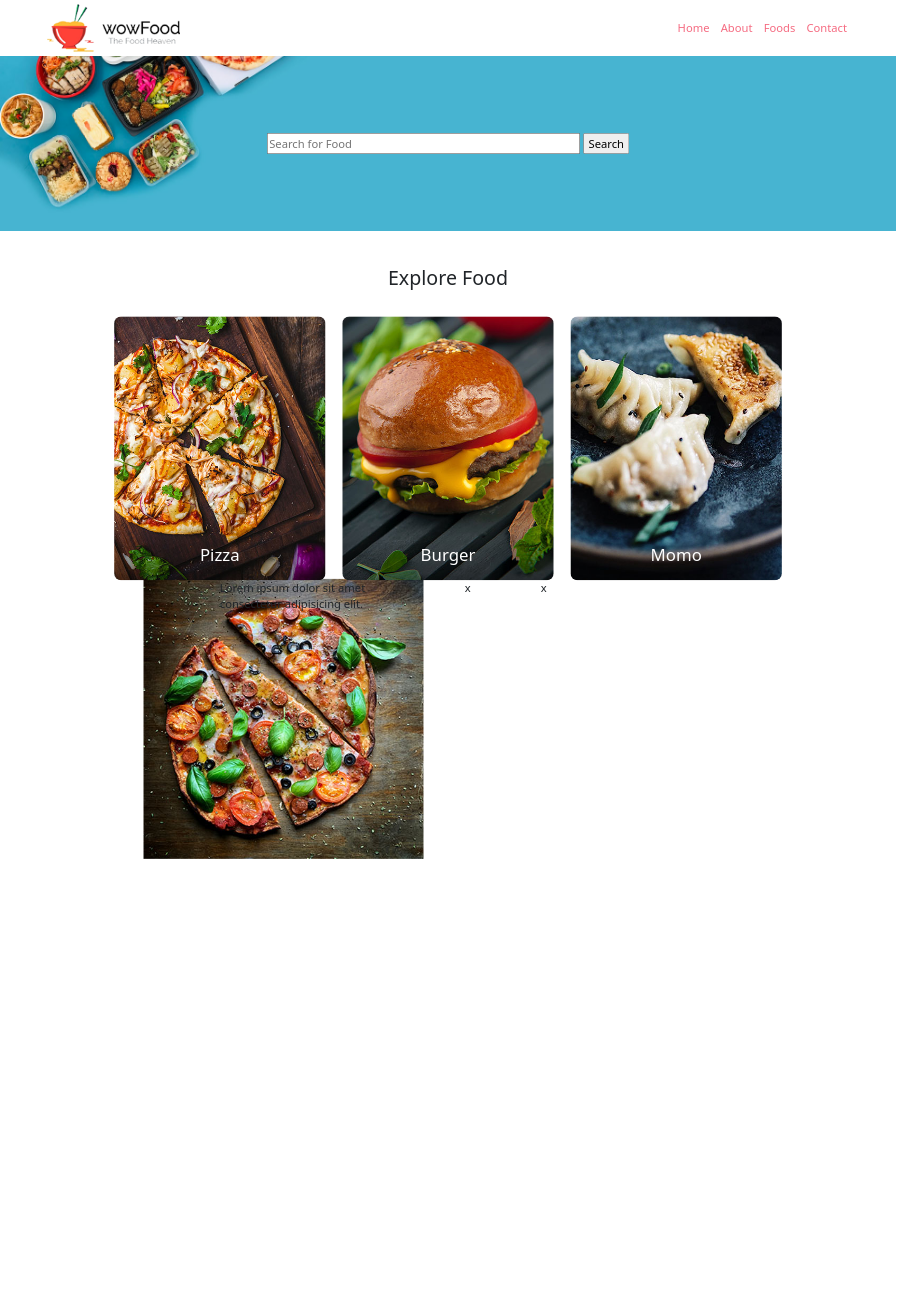
Repository: ruaruababa/RestaurantBS5
Page: html/index.html
These files come from the project's save history. The page is drawn as it stood at one moment and after a run of saves; the edit follows.
The browser window is 1280 px wide. The page is 1292 px wide, so the pictures cover 1292 px, including what lies to the right of the window. The pictures show the part of the page from y = 0 to 1880 px (the page is 3080 px tall), at 70% of full size.

Above is the page before, as saved 2021-09-26 12:56:25.

After the next 2 saves:
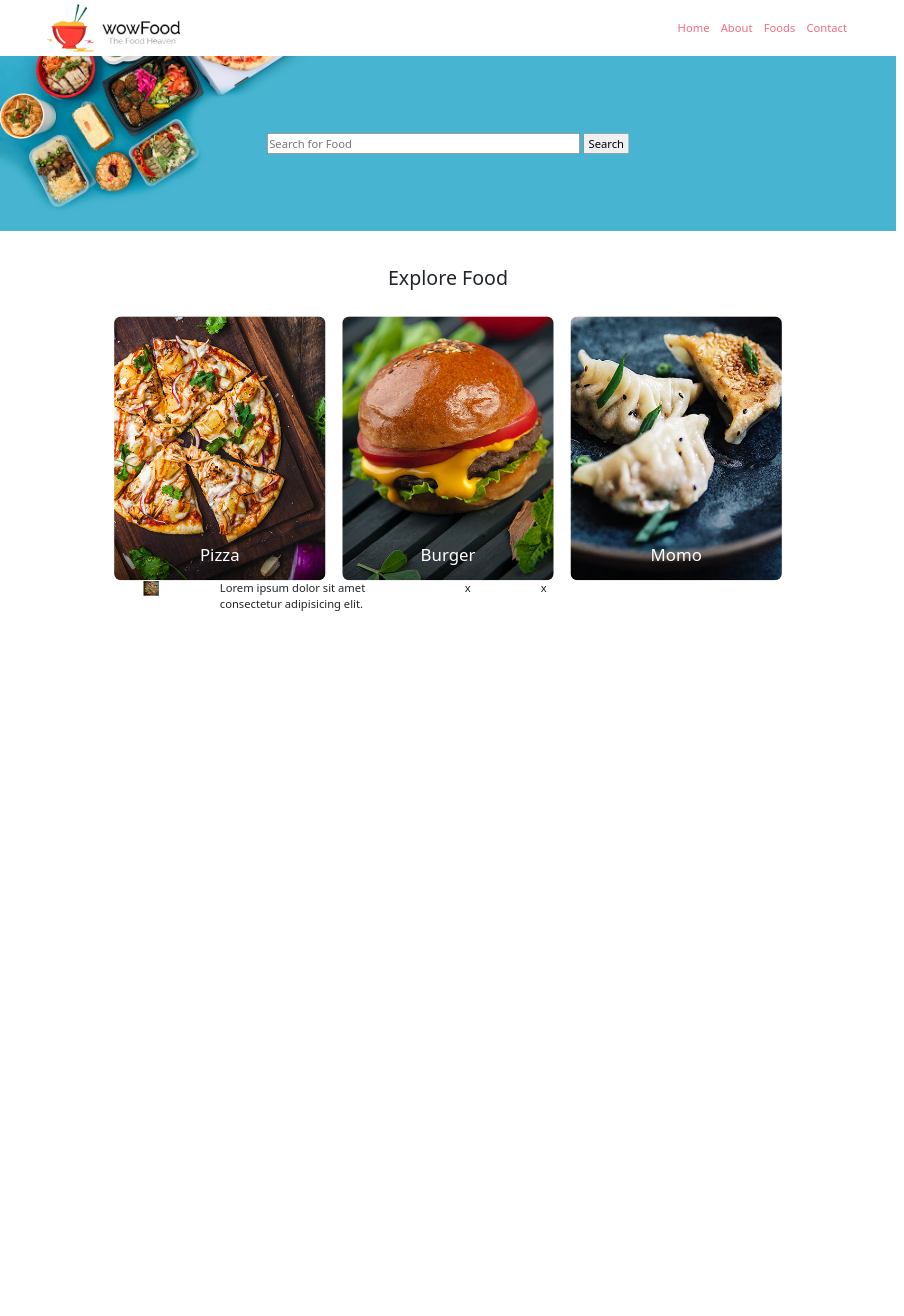
The 2 saves are shown as one change because they came seconds apart.
The last was saved 6 s later.
--- a/html/index.html
+++ b/html/index.html
@@ -102,7 +102,7 @@
             <div class="col">
                 <div class="row">
                     <div class="col-3">
-                        <img src="/img/menu-pizza.jpg" alt="" style="wiobject-fit: cover;">
+                        <img src="/img/menu-pizza.jpg" alt="" style="width: inherit; object-fit: cover;">
                     </div>
                     <div class="col-8">Lorem ipsum dolor sit amet consectetur adipisicing elit.</div>
                 </div>

After the 2 saves that followed:
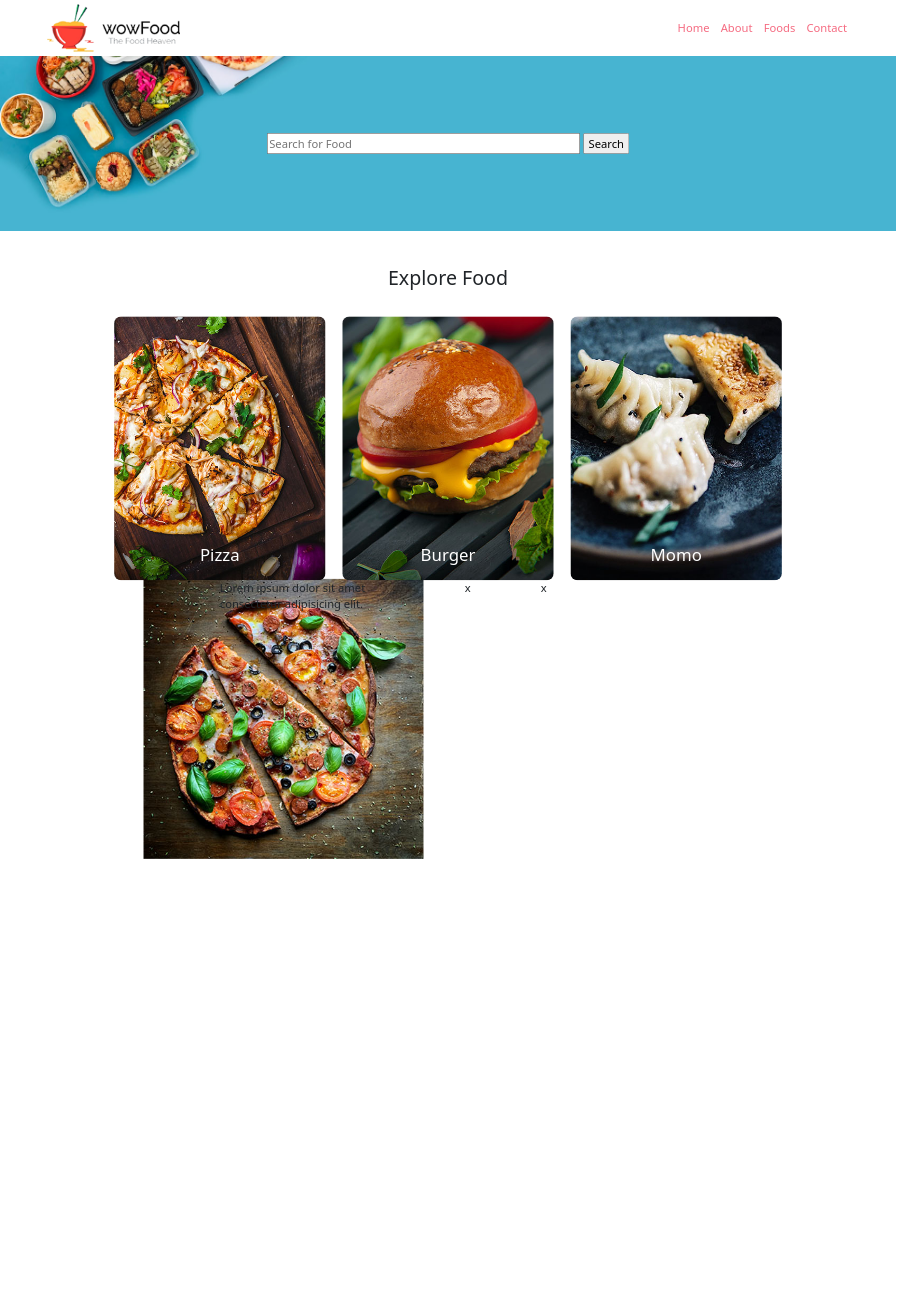
The 2 saves are shown as one change because they came seconds apart.
The last was saved 15 s later.
--- a/html/index.html
+++ b/html/index.html
@@ -102,7 +102,7 @@
             <div class="col">
                 <div class="row">
                     <div class="col-3">
-                        <img src="/img/menu-pizza.jpg" alt="" style="width: inherit; object-fit: cover;">
+                        <img src="/img/menu-pizza.jpg" alt="" style="width: initial; object-fit: cover;">
                     </div>
                     <div class="col-8">Lorem ipsum dolor sit amet consectetur adipisicing elit.</div>
                 </div>
